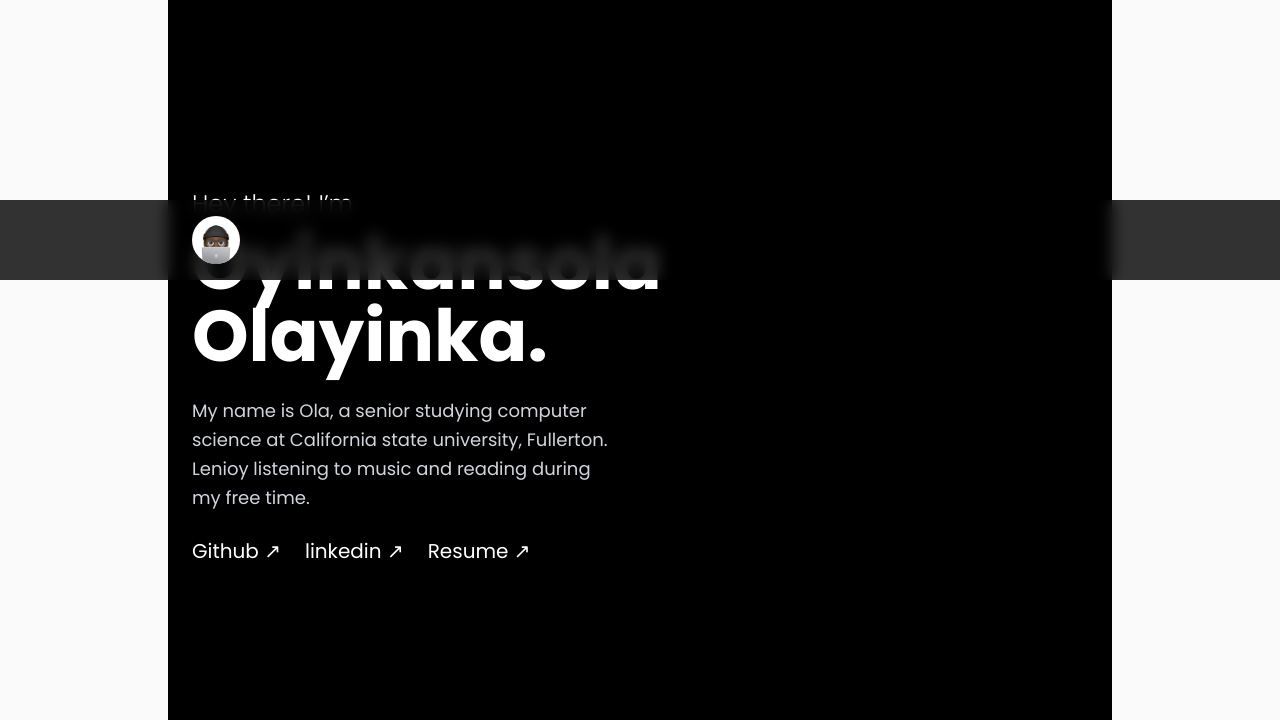
Repository: olasores/olasores-portfolio
Page: /
The author's editor kept a copy of each file at every save. The page is drawn from the files as they stood at one save, then again after the next save.
The browser window is 1280 px wide. The pictures show the whole page.
The project was rebuilt for these pictures with package versions that can differ from the ones it lists, and the page was loaded fresh each time. The framework's server and built-in components were replaced by stand-ins that run in the browser. Also part of the build but not shown: next.config.ts.

Above is the page before, as saved 2025-11-11 12:32:56.

After the next save:
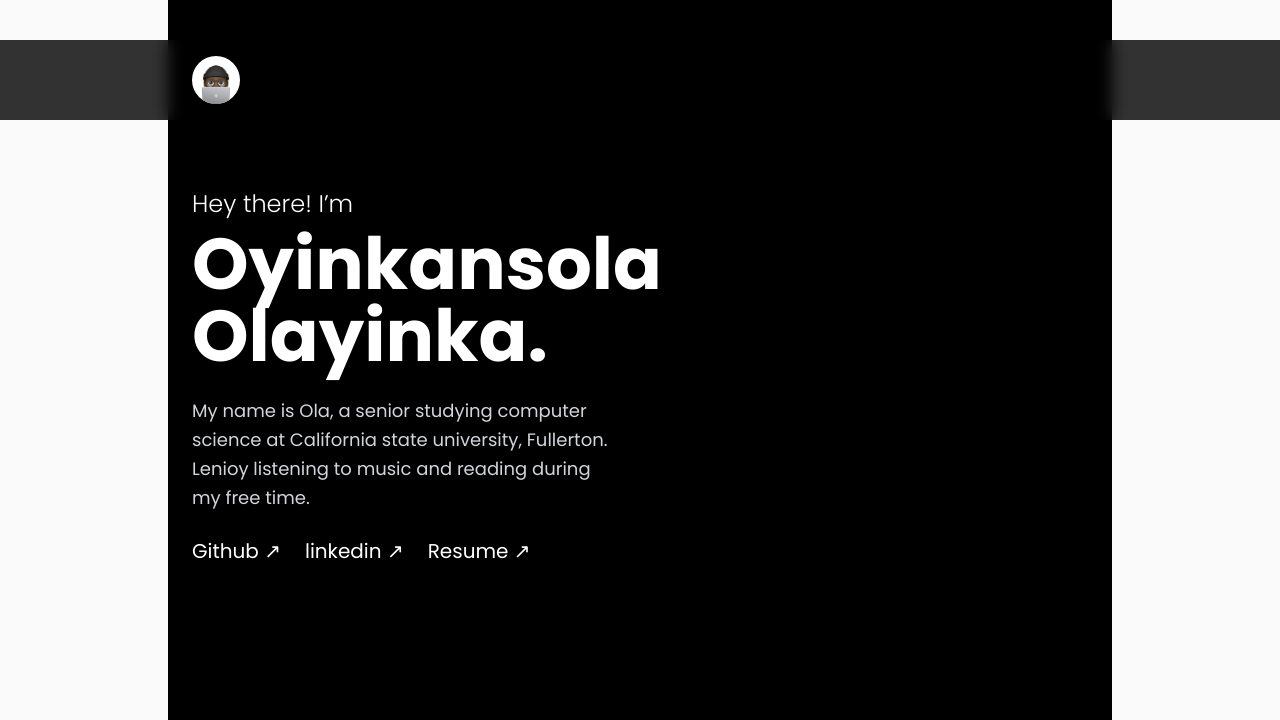
Saved 8 s later.
--- a/app/components/Navbar.tsx
+++ b/app/components/Navbar.tsx
@@ -1,6 +1,6 @@
 export default function Navbar() {
     return (
-        <nav className="fixed top-50 w-full bg-black/80 backdrop-blur-sm px-6 py-4 z-50">
+        <nav className="fixed top-10 w-full bg-black/80 backdrop-blur-sm px-6 py-4 z-50">
             <div className="max-w-4xl mx-auto flex items-center justify-between">
                 {/* Logo */}
                 <div className="relative w-12 h-12 rounded-full bg-white overflow-hidden flex items-center justify-center">
